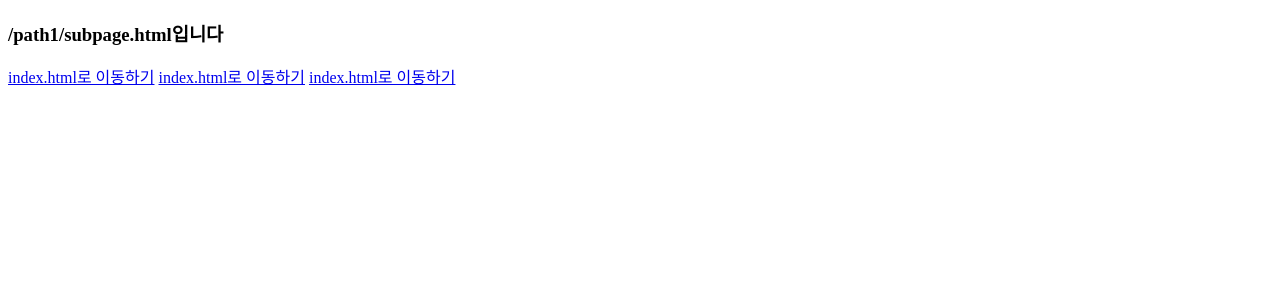
Repository: hyunhee7/web_work
Page: Step01_Path/WebContent/path1/subpage.html
These files come from the project's save history. The page is drawn as it stood at one moment and after a run of saves; the edit follows.
The browser window is 1280 px wide. The pictures show the whole page.

Above is the page before, as saved 2017-06-20 02:51:53.

### Step01_Path/WebContent/path1/subpage.html
<!DOCTYPE html>
<html>
<head>
<meta charset="UTF-8">
<title>path1/subpage.html</title>
</head>
<body>
	<h3>/path1/subpage.html입니다</h3>
	<!-- 링크를 눌렀을 때 index.html 페이지로 이동하도록 해 보세요. -->
	<a href="../index.html">index.html로 이동하기</a>
	<a href="/Step01_Path/index.html">index.html로 이동하기</a>
	<a href="http://localhost:8888/Step01_Path/index.html">index.html로 이동하기</a>
</body>
</html>

After the next 2 saves:
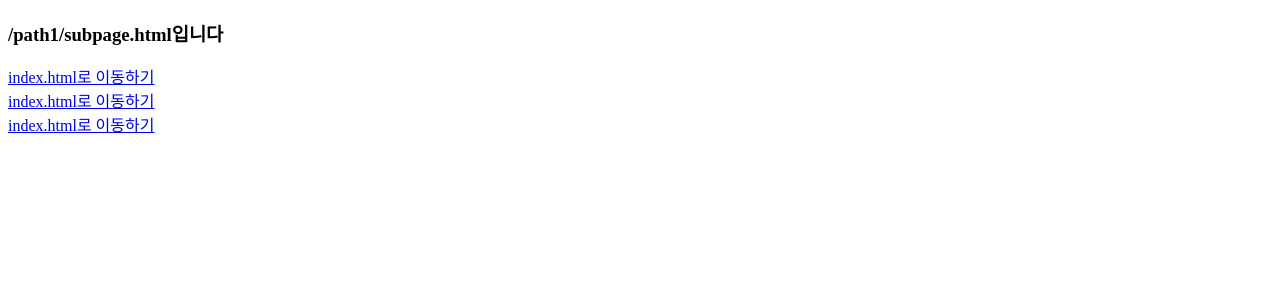
The 2 saves are shown as one change because they came seconds apart.
The last was saved 27 s later.
--- a/Step01_Path/WebContent/path1/subpage.html
+++ b/Step01_Path/WebContent/path1/subpage.html
@@ -7,8 +7,8 @@
 <body>
 	<h3>/path1/subpage.html입니다</h3>
 	<!-- 링크를 눌렀을 때 index.html 페이지로 이동하도록 해 보세요. -->
-	<a href="../index.html">index.html로 이동하기</a>
-	<a href="/Step01_Path/index.html">index.html로 이동하기</a>
-	<a href="http://localhost:8888/Step01_Path/index.html">index.html로 이동하기</a>
+	<a href="../index.html">index.html로 이동하기</a><br />
+	<a href="/Step01_Path/index.html">index.html로 이동하기</a><br />
+	<a href="http://localhost:8888/Step01_Path/index.html">index.html로 이동하기</a><br />
 </body>
 </html>
